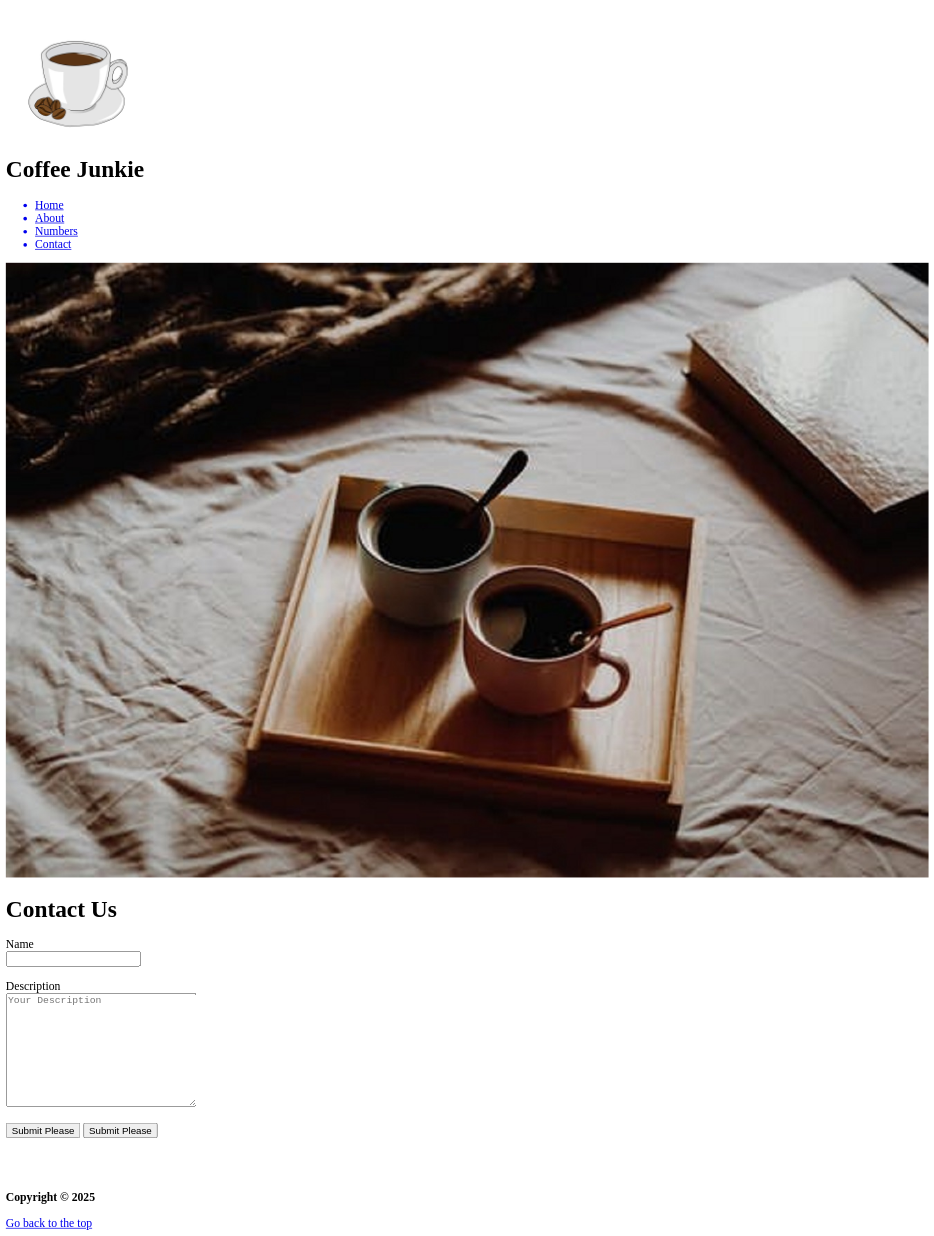
Repository: Tranghii/HTML-CSS
Page: HTML&CSS/miniExercise/index.html
The author's editor kept a copy of each file at every save. The page is drawn from the files as they stood at one save, then again after a run of saves.
The browser window is 1280 px wide. The pictures show the whole page, at 73% of full size.

Above is the page before, as saved 2025-10-11 22:16:41.

### HTML&CSS/miniExercise/index.html
<!DOCTYPE html>
<html lang="en">
<head>
    <meta charset="UTF-8">
    <meta name="viewport" content="width=device-width, initial-scale=1.0">
    <title>Coffee Junkie Home</title>
</head>
<body>
    <div>
        <img id="top" src="images/coffeelogo.png" height="180" alt="coffee">
        <h1>Coffee Junkie</h1>
        <ul>
            <a href="#"><li>Home</li></a>
            <a href="about.html"><li>About</li></a>
            <a href="number.html"><li>Numbers</li></a>
            <a href="contact.html"><li>Contact</li></a>
        </ul>
        <img src="images/coffeeimage.jpeg" width="100%" alt="coffee">

        <div id="Detail">
            <form action="">
                <h1>Contact Us</h1>
                <label for="">Name</label> <br>
                <input type="text" name="Name" id="">
                <br><br>
                <label for="">Description</label><br>
                <textarea name="" id="" cols="30" rows="10" placeholder="Your Description"></textarea><br><br>
            <input type="submit" name="" value="Submit Please">
            <button type="submit"> Submit Please</button>
            </form>
            <br><br><br><br>
            <strong>Copyright &copy; 2025</strong><br><br>
            <a href="#top">Go back to the top</a>
        </div>
    </div>


</body>
</html>

After the next 2 saves:
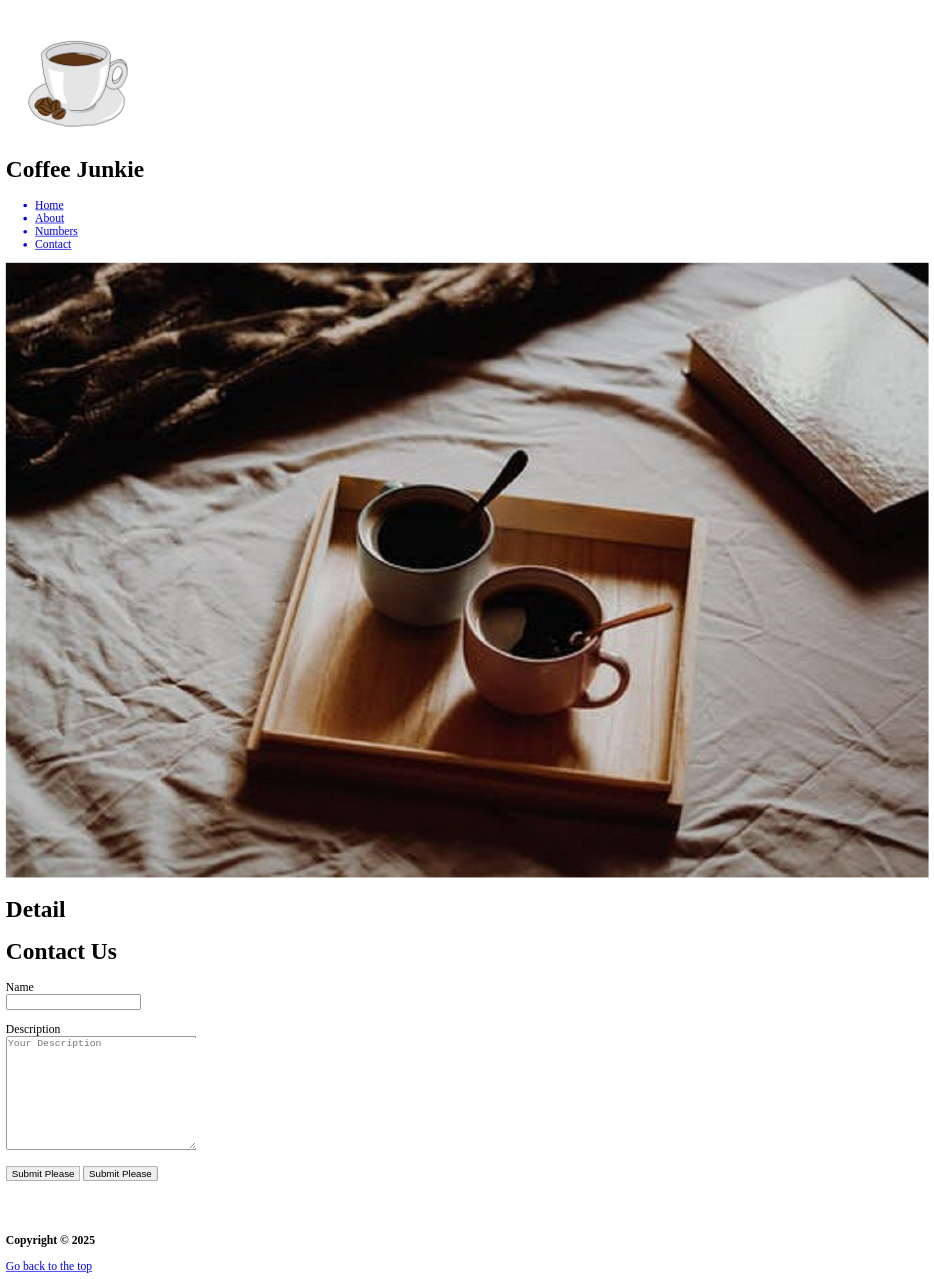
The 2 saves are shown as one change because they came seconds apart.
The last was saved 13 s later.
--- a/HTML&CSS/miniExercise/index.html
+++ b/HTML&CSS/miniExercise/index.html
@@ -18,6 +18,7 @@
         <img src="images/coffeeimage.jpeg" width="100%" alt="coffee">
 
         <div id="Detail">
+            <h1>Detail</h1>
             <form action="">
                 <h1>Contact Us</h1>
                 <label for="">Name</label> <br>
